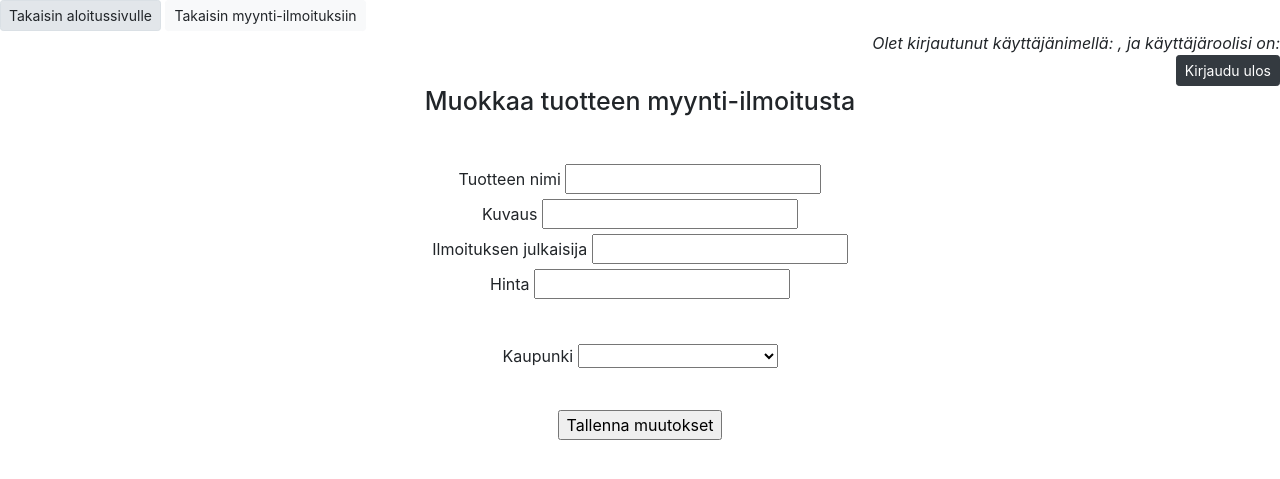
Repository: LiljestromNadja/Backend_s2023_harjoitustyo
Page: http://localhost/editArticle
These files come from the project's save history. The page is drawn as it stood at one moment and after the next save; the edit follows.
The browser window is 1280 px wide. The pictures show the whole page.
The page is this project's Thymeleaf template; nobody is signed in. The template is opened directly, without the code that normally fills it, so the values that code supplies are empty.

Above is the page before, as saved 2023-11-10 16:43:40.

### harkkas23v01/src/main/resources/templates/editArticle.html
<!DOCTYPE HTML>
<html xmlns:th="http://www.thymeleaf.org">
	<head>
	    <title>Muokkaa ilmoitusta</title>
	    <meta http-equiv="Content-Type" content="text/html; charset=UTF-8" />
	    <!-- Bootstrap-linkki vaihdettu tähän 04-10-2023 -->
	<link rel="stylesheet" href="https://cdn.jsdelivr.net/npm/bootstrap@4.0.0/dist/css/bootstrap.min.css" integrity="sha384-Gn5384xqQ1aoWXA+058RXPxPg6fy4IWvTNh0E263XmFcJlSAwiGgFAW/dAiS6JXm" crossorigin="anonymous"> <!-- Lisättiin tyyli, bootstrap 4.0 -->
	<!-- Lisättiin tyyli, bootstrap 4.0 -->
	</head>
	<body>
			<a href="/index"><button class="text-left btn btn-light btn-sm">Takaisin aloitussivulle</button></a>
			<a href="/articlelist"><button	class="text-left btn btn-light btn-sm">Takaisin myynti-ilmoituksiin</button></a>

		<div class="text-right">
			<i>Olet kirjautunut käyttäjänimellä: <b sec:authentication="name"></b>,	ja käyttäjäroolisi on: <b sec:authentication="principal.authorities"></b>
			</i>
			<br>
			<form class="text-right" th:action="@{/logout}" method="post">
				<input type="submit" value="Kirjaudu ulos" class="btn btn-sm btn-dark" />
			</form>
		</div>

		<h1 style="text-align: center;font-size: 25px"> Muokkaa tuotteen myynti-ilmoitusta</h1>

		<div style="clear: both; display: block; height: 40px;"></div>


		<div style="text-align: center;">
		<form th:object="${article}" th:action="@{../save}" action="#" method="post"> <!-- Tässä menee @{/save} -->

			  	<input type="hidden" id="id" th:field="*{id}" /><!-- muokatessa id:n täytyy mennä mukana backendin puolelle, ettei luoda uutta articlea -->
			  	<div>
			  	<label>Tuotteen nimi</label>
				<input type="text" th:field="*{title}" />
				</div>
				<div>
			  	<label>Kuvaus</label>
			  	<input type="text" th:field="*{description}" />
				</div>
				<div>
			  	<label>Ilmoituksen julkaisija</label>
				<input type="text" th:field="*{publisher}" />
				</div>
<!-- 			<div>
		  		<label>Ilmoitus jätetty</label>
				<input type="text" th:field="*{dateadded}" />
				</div> Käyttäjä ei syötä tätä tietoa-->
				<div>
			  	<label>Hinta</label>
				<input type="number" th:field="*{price}" step="0.01"  />
				</div>
				<div style="clear: both; display: block; height: 40px;"></div>
			  	<label for="citylist">Kaupunki</label>
				 <select style="text-align: center; width: 200px" id="citylist" th:field="*{city}" >
	       			<option th:each="city: ${cities}" th:value="${city.cityid}" th:text="${city.name}"></option>
	    		</select>
	 	  		<div>
	<!--		<label>User id</label> <!--article.applicationuserid kulkee piilossa -->
				<input type="hidden" th:field="*{applicationuser.id}" />
				</div>
	     		<div style="clear: both; display: block; height: 10px;"></div>

	<!-- 		<label for="appuserlist">User</label><!-- Lisätty 20102023, käyttäjien listaus, jos on tarkoitus päästä muokkaan kirjan lisääjää muista muuttaa myös Controller -->
	<!--  		<select id="appuserlist" th:field="*{applicationuser}" class="form-control">
	       			<option th:each="applicationuser: ${applicationusers}" th:value="${applicationuser.id}" th:text="${applicationuser.username}"></option>
	    		</select> -->
				<br>

				<input type="submit" value="Tallenna muutokset"></input>
			</form>

		</div>


	</body>
</html>

After the next save:
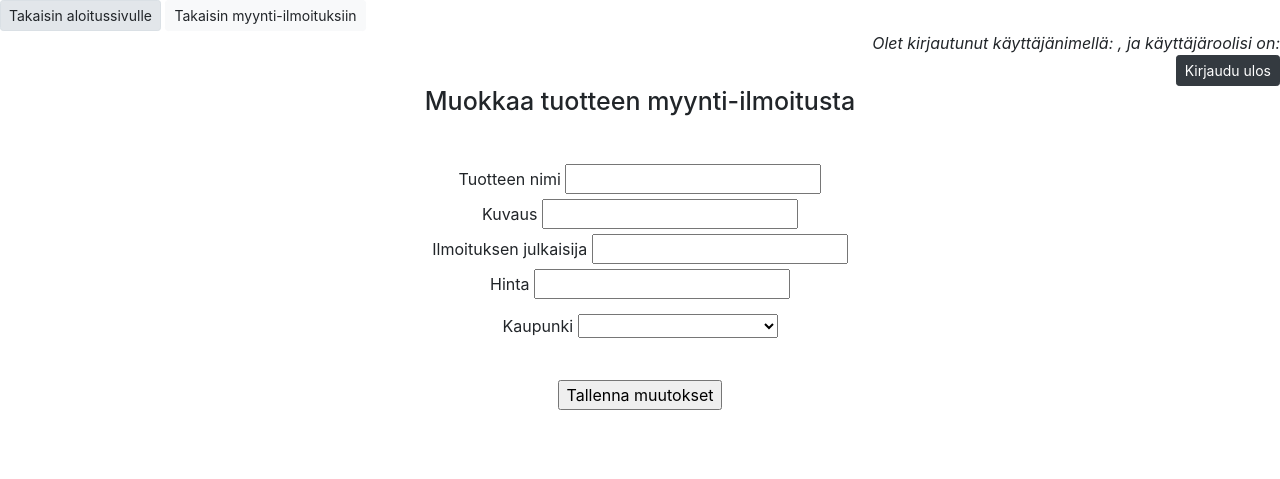
Saved 18 s later.
--- a/harkkas23v01/src/main/resources/templates/editArticle.html
+++ b/harkkas23v01/src/main/resources/templates/editArticle.html
@@ -49,7 +49,7 @@
 			  	<label>Hinta</label>
 				<input type="number" th:field="*{price}" step="0.01"  />
 				</div>
-				<div style="clear: both; display: block; height: 40px;"></div>
+				<div style="clear: both; display: block; height: 10px;"></div>
 			  	<label for="citylist">Kaupunki</label>
 				 <select style="text-align: center; width: 200px" id="citylist" th:field="*{city}" >
 	       			<option th:each="city: ${cities}" th:value="${city.cityid}" th:text="${city.name}"></option>
